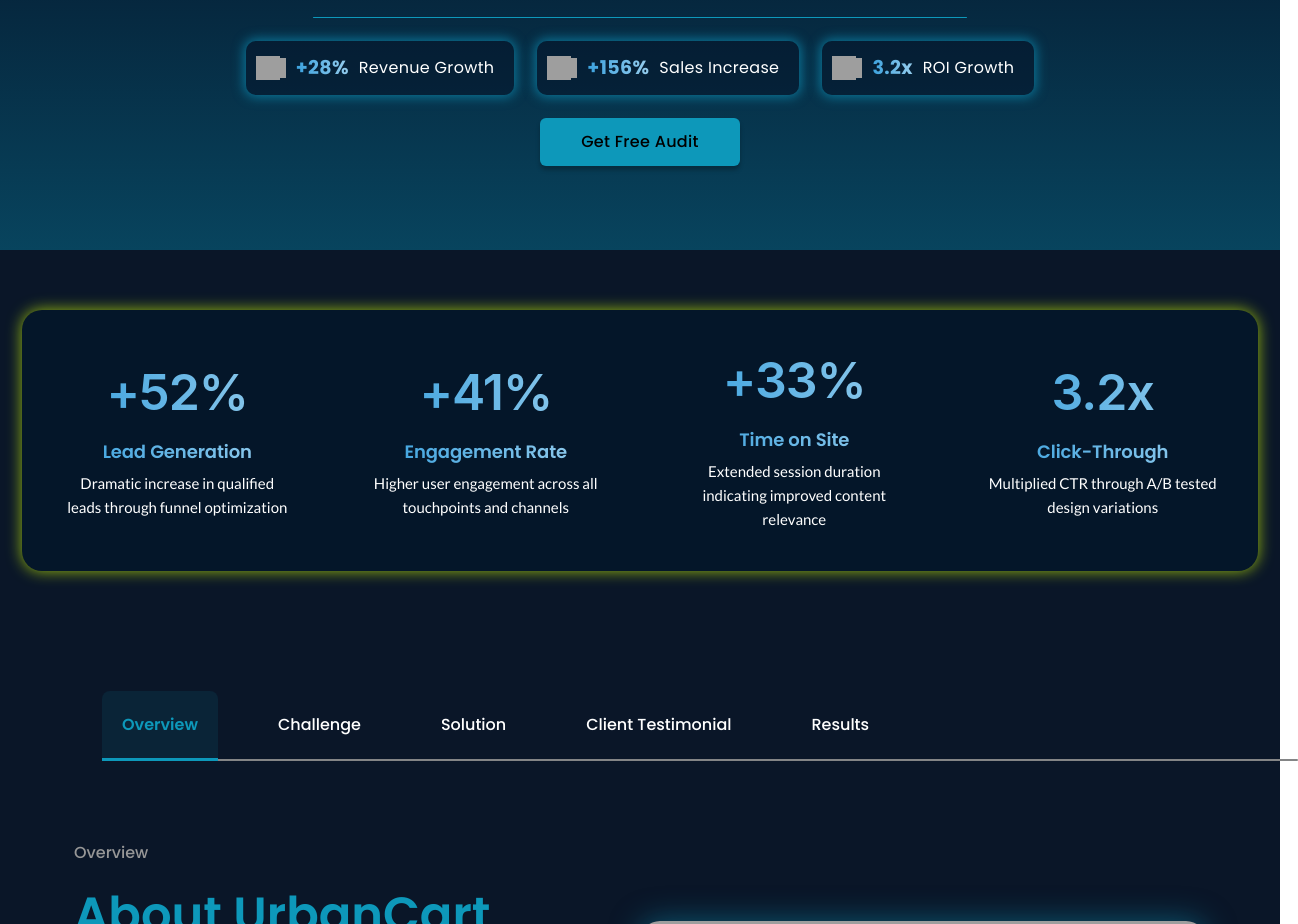
Repository: YahyaK01/kinseb
Page: /case-study/e-commerce-revenue-uplift-through-testing
An editor plug-in stored every save of this project. The page is shown before and after the next save, followed by the edit.
The browser window is 1280 px wide. The page is 1298 px wide, so the pictures cover 1298 px, including what lies to the right of the window. The pictures show the part of the page from y = 366 to 1290 px (the page is 8237 px tall before and 8917 px after).
Pictures or frames that could not be fetched are drawn as grey boxes. The project was rebuilt for these pictures with package versions that can differ from the ones it lists, and the page was loaded fresh each time. Also part of the build but not shown: src/components/FAQ.js, src/components/CTA.jsx, src/components/MetricsSection.jsx, src/components/WhyCROMatter.jsx, src/components/Processsection.jsx, src/components/Hero.jsx, src/components/marquee.jsx, src/components/CEO.jsx and 27 more.

Above is the page before, as saved 2025-12-13 00:10:13.

After the next save:
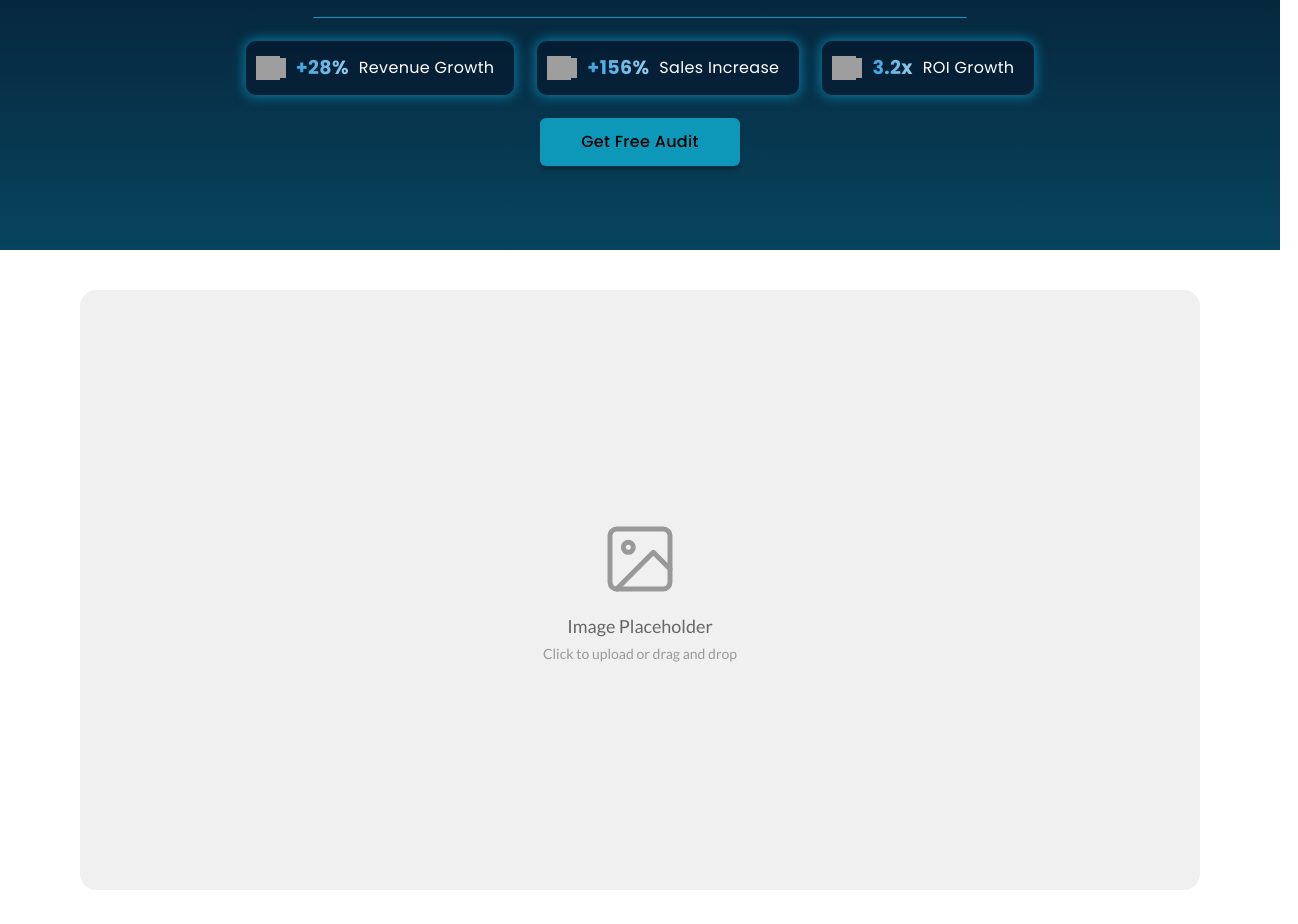
Saved 23 s later.
--- a/src/Pages/CaseStudyDetaiPage.js
+++ b/src/Pages/CaseStudyDetaiPage.js
@@ -12,6 +12,7 @@
 import LandingPage from '../components/ContactForm';
 import MetricsSection from '../components/MetricsSection ';
 import MoreCaseStudies from '../components/CaseStudySections/MoreCaseStudies';
+import ImageSection from '../components/ImageSection';
 import { Merge } from 'lucide-react';
 const CaseStudyDetailPage = () => {
   const { slug } = useParams();
@@ -20,6 +21,7 @@
   return (
     <div style={{ width: '100%' }}>
       <CaseStudyHero slug={slug} />
+      <ImageSection />
       <CaseStudyOutcomes slug={slug} />
       <CaseStudyTabs activeTab={activeTab} setActiveTab={setActiveTab} />
 
